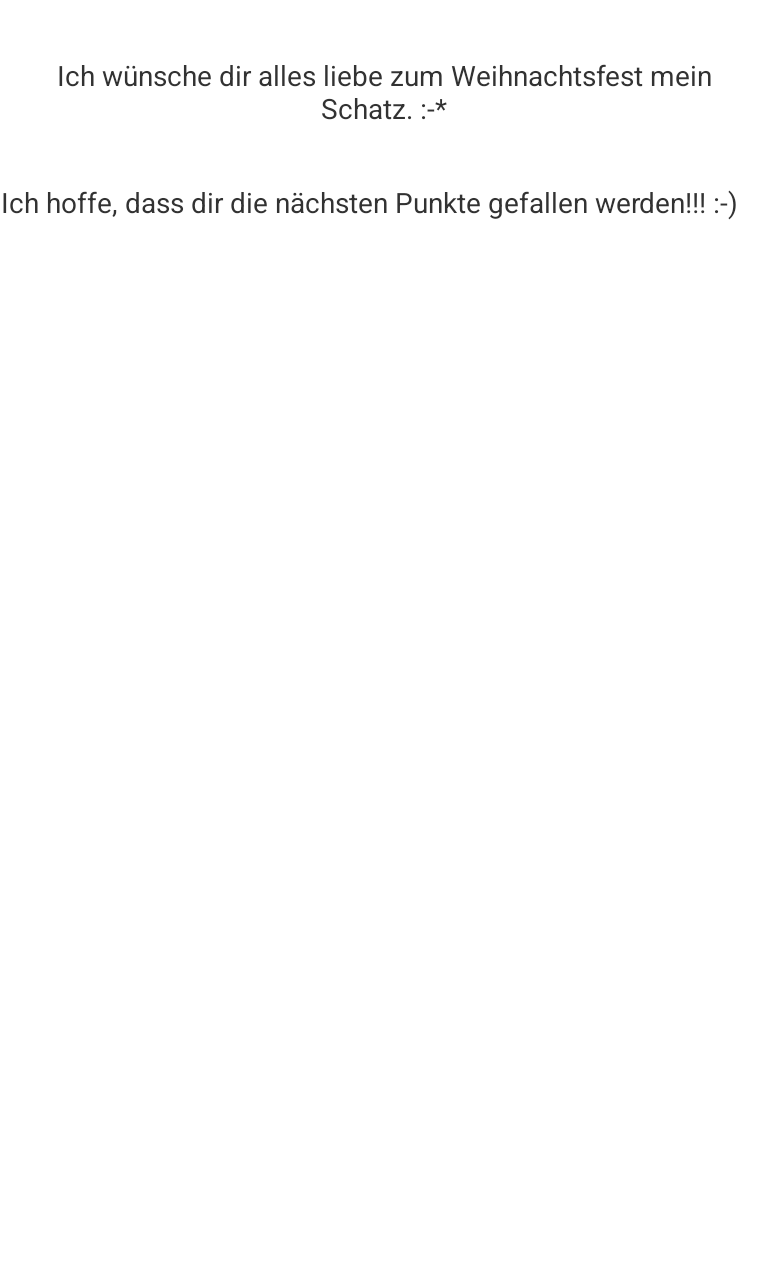
Repository: flashback2k12/ChristmasPresent
Layout: ChristmasPresent/res/layout/activity_main.xml
These files come from the project's save history. The layout is drawn as it stood at one moment and after the next save; the edit follows.
It is drawn on a 768 x 1280 px phone screen (xhdpi) without system bars, with theme AppTheme; the app's code is not run. The app's manifest (not shown) leaves right-to-left support off. So textAlignment, textDirection and layoutDirection are ignored, and left and right values win over start and end ones.

Above is the layout before, as saved 2012-12-13 18:12:38.

### ChristmasPresent/res/layout/activity_main.xml
<RelativeLayout xmlns:android="http://schemas.android.com/apk/res/android"
    xmlns:tools="http://schemas.android.com/tools"
    android:layout_width="match_parent"
    android:layout_height="match_parent" >

    <TextView
        android:id="@+id/textView2"
        android:layout_width="wrap_content"
        android:layout_height="wrap_content"
        android:layout_alignParentLeft="true"
        android:layout_alignParentTop="true"
        android:layout_marginTop="20dp"
        android:gravity="center"
        android:padding="@dimen/padding_medium"
        android:text="@string/hello_schatz_z1"
        tools:context=".MainActivity" />

    <TextView
        android:id="@+id/textView1"
        android:layout_width="wrap_content"
        android:layout_height="wrap_content"
        android:layout_alignParentLeft="true"
        android:layout_below="@+id/textView2"
        android:layout_marginTop="20dp"
        android:gravity="center"
        android:text="@string/hello_schatz_z2" />

</RelativeLayout>

### ChristmasPresent/res/values/strings.xml
<?xml version="1.0" encoding="utf-8"?>
<resources>

    <string name="app_name">Weihnachtsgeschenk</string>
    <string name="hello_schatz_z1">Ich wünsche dir alles liebe zum Weihnachtsfest mein Schatz. :-* </string>
    <string name="hello_schatz_z2">Ich hoffe, dass dir die nächsten Punkte gefallen werden!!! :-)</string><string name="menu_settings">Menü</string>
    <string name="title_activity_main">Weihnachtsgeschenk</string>

    <string name="button_first_act">drück mich!</string>

</resources>

Loaded but not shown: ChristmasPresent/res/values-v11/styles.xml (common file); ChristmasPresent/res/values-v14/styles.xml (common file); ChristmasPresent/res/values/styles.xml (common file); ChristmasPresent/res/values/dimens.xml (common file)

After the next save:
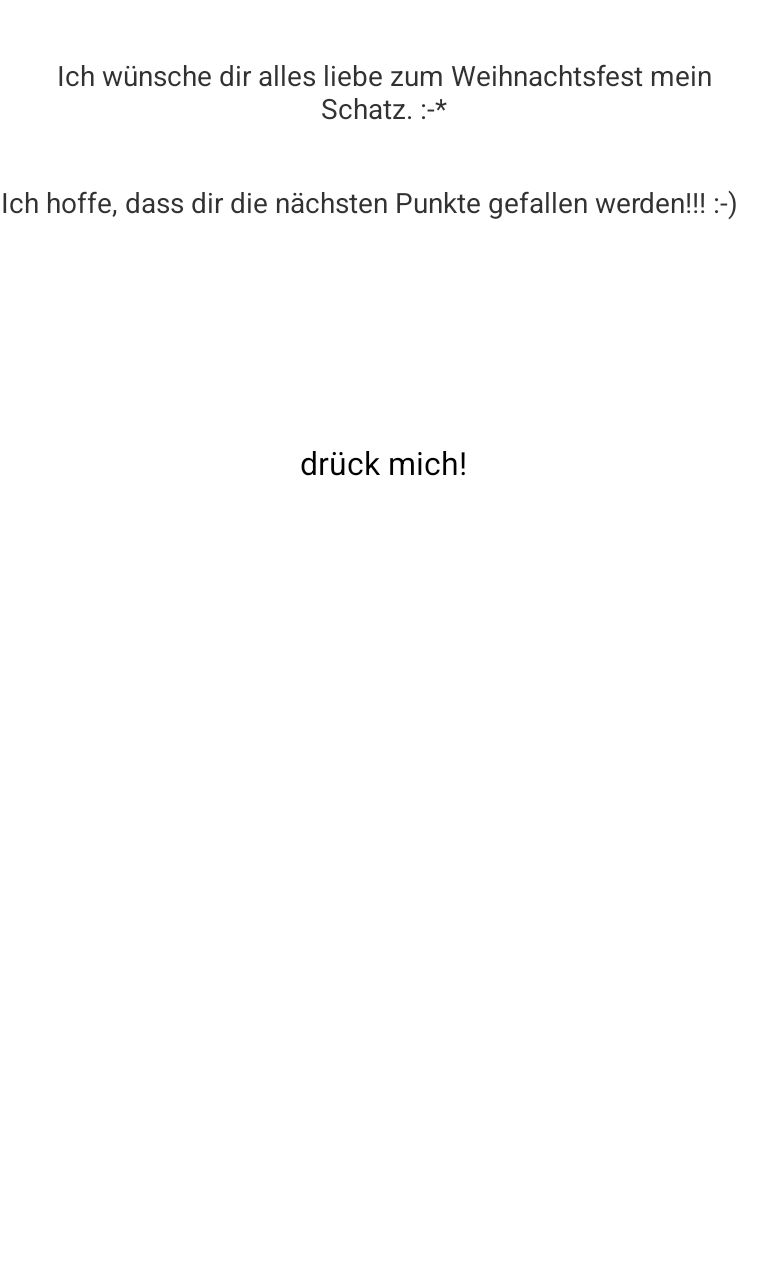
Saved 41 s later.
--- a/ChristmasPresent/res/layout/activity_main.xml
+++ b/ChristmasPresent/res/layout/activity_main.xml
@@ -25,4 +25,13 @@
         android:gravity="center"
         android:text="@string/hello_schatz_z2" />
 
+    <CheckedTextView
+        android:id="@+id/checkedTextView1"
+        android:layout_width="wrap_content"
+        android:layout_height="wrap_content"
+        android:layout_below="@+id/textView1"
+        android:layout_centerHorizontal="true"
+        android:layout_marginTop="110dp"
+        android:text="@string/button_first_act" />
+
 </RelativeLayout>
